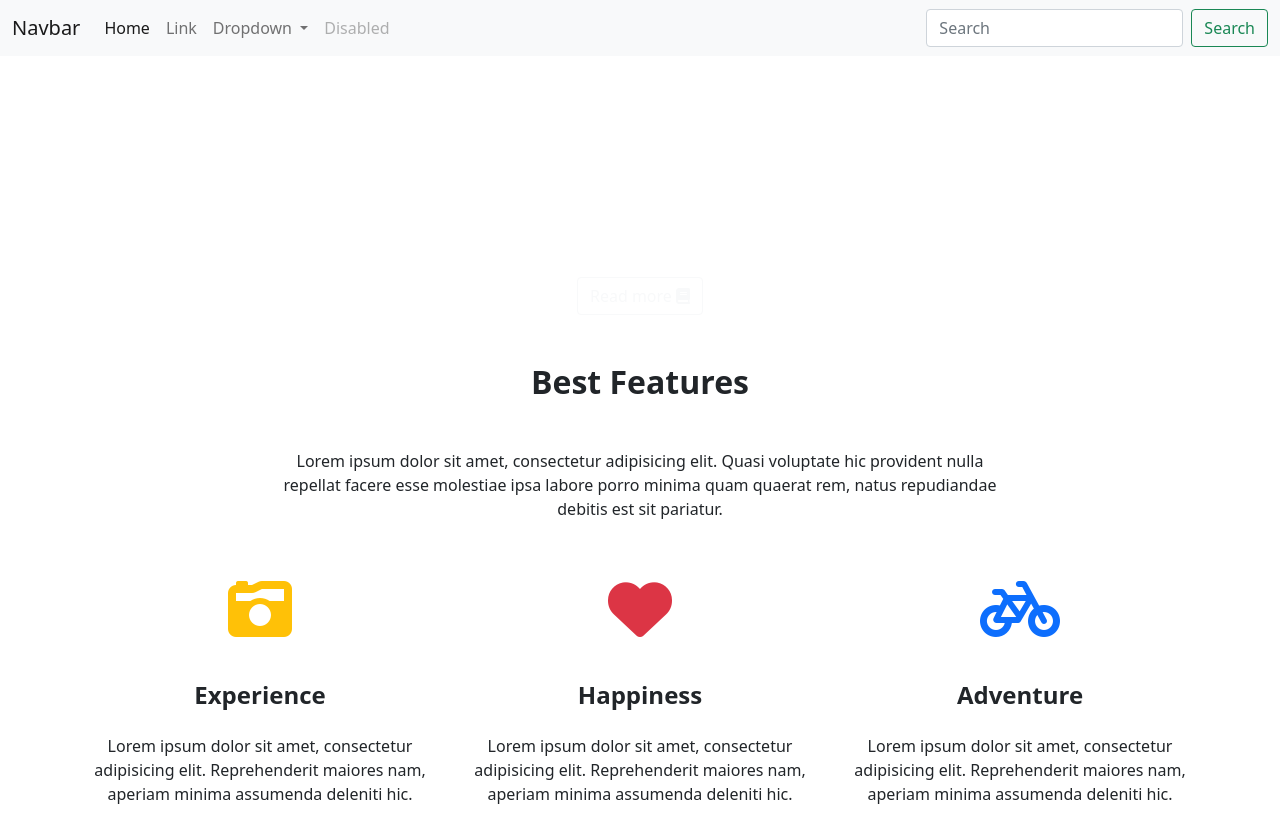
Repository: nptg3105/lab04-landing-page-boostrap5
Page: index.html
The author's editor kept a copy of each file at every save. The page is drawn from the files as they stood at one save, then again after the next save.
The browser window is 1280 px wide. The pictures show the whole page.

Above is the page before, as saved 2021-12-19 10:27:02.

After the next save:
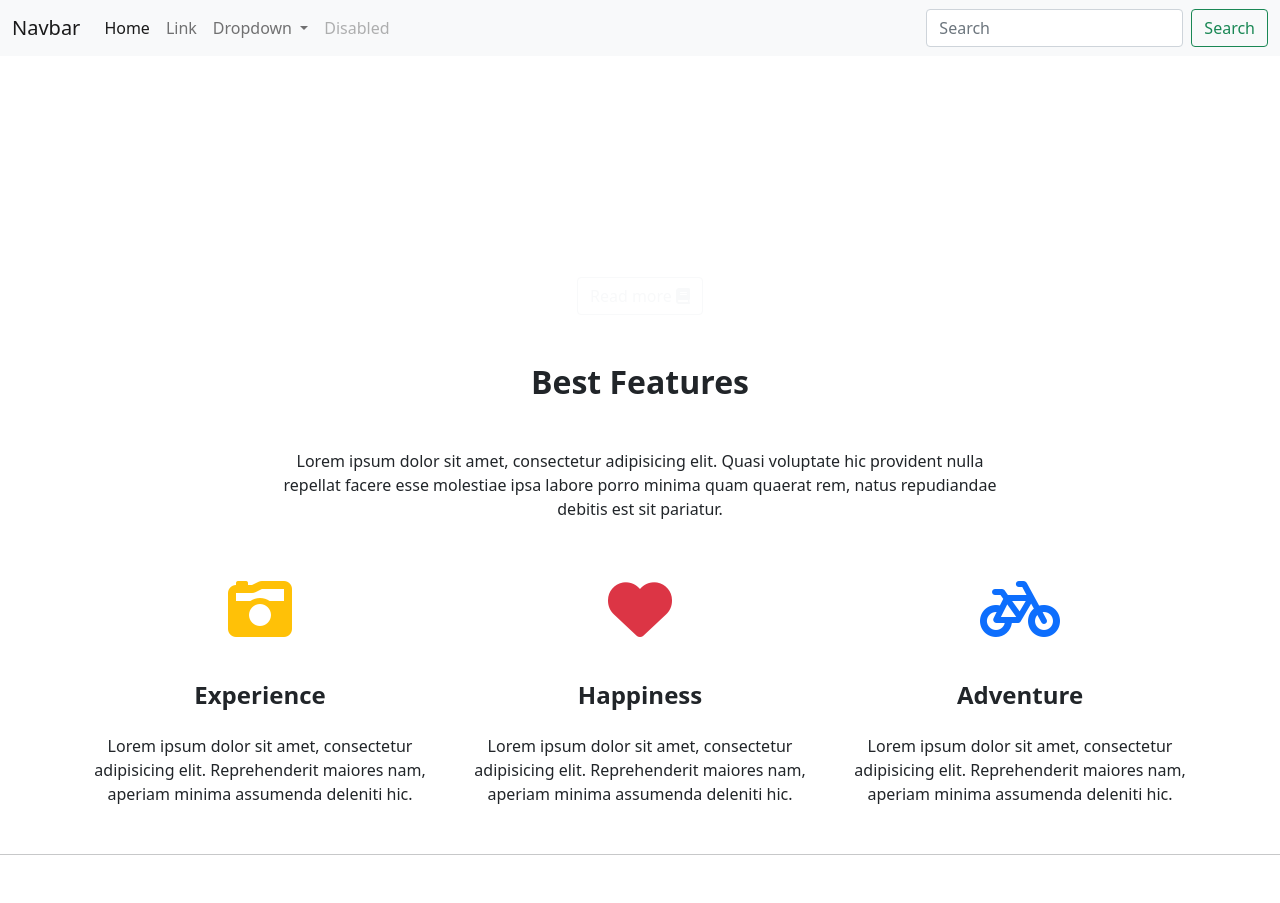
Saved 5 min 3 s later.
--- a/index.html
+++ b/index.html
@@ -115,6 +115,7 @@
         </div>
 
       </div>
+      <hr class="my-5">
     </header>
 
     </p>
